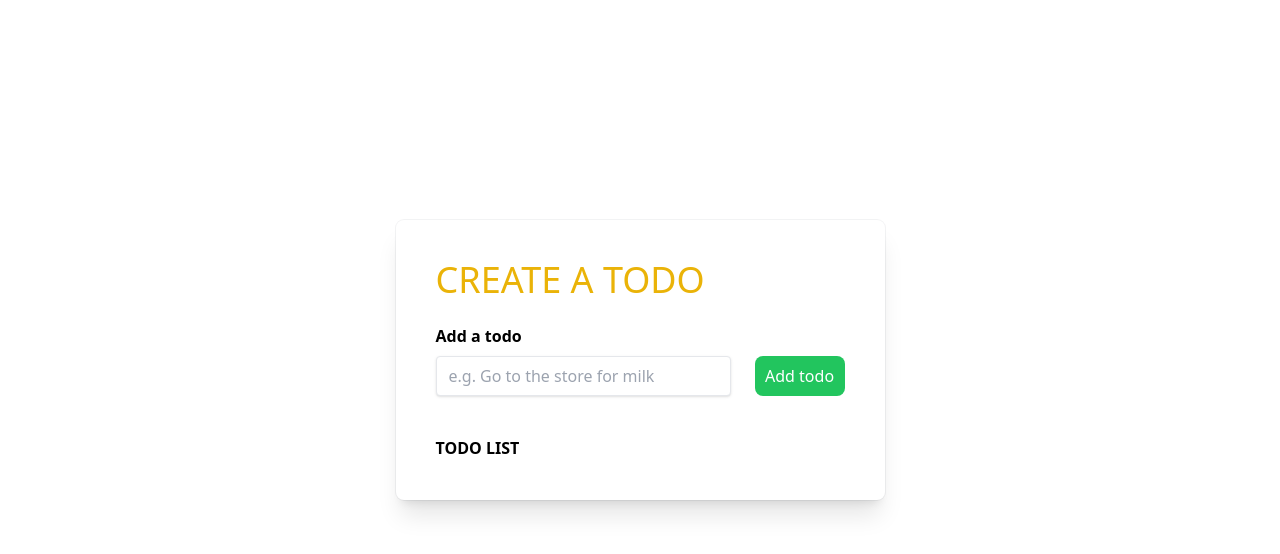
Repository: Kajo-lab/vue-todo
Page: /
The author's editor kept a copy of each file at every save. The page is drawn from the files as they stood at one save, then again after the next save.
The browser window is 1280 px wide. The pictures show the whole page.
The project was rebuilt for these pictures with package versions that can differ from the ones it lists, and the page was loaded fresh each time. Also part of the build but not shown: vite.config.js, webpack.config.js.

Above is the page before, as saved 2022-07-07 17:39:25.

### src/main.js
import { createApp } from 'vue'
import App from './App.vue'
import "./assets/tailwind.css";

createApp(App).mount('#app')

### src/App.vue
<script setup>
import { ref, onMounted, computed, watch } from 'vue'

const todos = ref([])
const name = ref('')

const input_content = ref('')

const todos_asc = computed(() => todos.value.sort((a,b) =>{
	return a.createdAt - b.createdAt
}))

watch(name, (newVal) => {
	localStorage.setItem('name', newVal)
})

watch(todos, (newVal) => {
	localStorage.setItem('todos', JSON.stringify(newVal))
}, {
	deep: true
})

const addTodo = () => {
  if (input_content.value.trim() === '') {
    return
  }

	todos.value.push({
		content: input_content.value,
		done: false,
		editable: false,
		createdAt: new Date().getTime()
	})

	input_content.value = ''
}

const removeTodo = (todo) => {
	todos.value = todos.value.filter((t) => t !== todo)
}

onMounted(() => {
	name.value = localStorage.getItem('name') || ''
	todos.value = JSON.parse(localStorage.getItem('todos')) || []
})
</script>

<template>

<main class="relative flex min-h-screen flex-col justify-center overflow-hidden test1 py-6 sm:py-12">
	<div class="relative bg-white px-6 pt-10 pb-8 shadow-xl ring-1 ring-gray-900/5 sm:mx-auto sm:max-w-lg sm:rounded-lg sm:px-10">
		<section class="mb-10">
		<h1 class="text-4xl text-yellow-500 mb-6">CREATE A TODO</h1>
				<h3 class="mb-2 font-bold">Add a todo</h3>
				<form id="new-todo-form" class="flex gap-6" @submit.prevent="addTodo">
					<input
						class="shadow appearance-none border rounded w-full py-2 px-3 text-gray-700 leading-tight focus:outline-none focus:shadow-outline"
						type="text"
						name="content"
						id="content"
						placeholder="e.g. Go to the store for milk"
						v-model="input_content" />

					<input type="submit" value="Add todo" class="h-10 w-32 text-white rounded-lg bg-green-500 hover:bg-green-600"/>
				</form>
		</section>

		<section>
				<h3 class="mb-2 font-bold">TODO LIST</h3>
				<div id="todo-list ">
					<div class="flex mb-4" v-for="todo in todos_asc" :key="`todo-item ${todo.done && 'done'}`">

					<label class="todo-item">
						<input type="checkbox" v-model="todo.done" />
					</label>

						<div class="flex gap-6 ">
							<input
							class="todo-content shadow appearance-none border-none rounded w-full py-2 px-3 text-gray-700 leading-tight focus:outline-none focus:shadow-outline"
							type="text"
							v-model="todo.content" />

							<button class="h-10 w-20 text-white rounded-lg bg-red-500 hover:bg-red-600" @click="removeTodo(todo)">Delete</button>
						</div>
					</div>
				</div>
		</section>
	</div>
</main>

</template>

<style src="./assets/tailwind.css">

.test1 {
	background-color: yellow;
}

</style>

### src/assets/tailwind.css
@tailwind base;
@tailwind components;
@tailwind utilities;

.todo-item label {
	display: block;
	margin-right: 1rem;
	cursor: pointer;
}

.todo-item.done .todo-content input {
	text-decoration: line-through;
	color: gray;
}

Loaded but not shown: tailwind.config.js (common file)

After the next save:
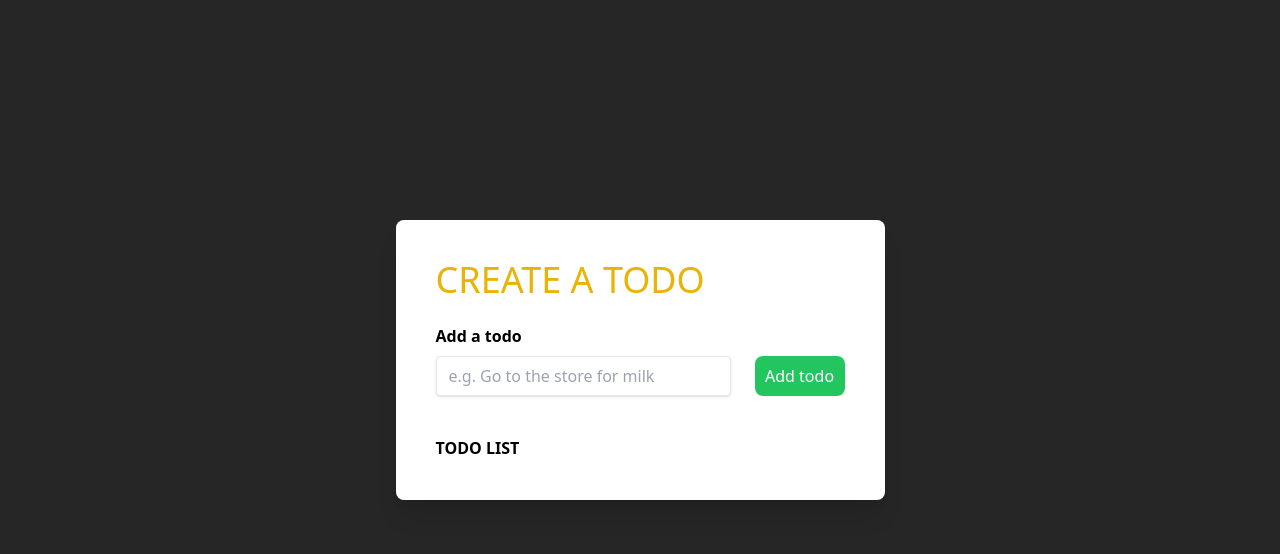
Saved 9 s later.
--- a/src/App.vue
+++ b/src/App.vue
@@ -47,7 +47,7 @@ onMounted(() => {
 
 <template>
 
-<main class="relative flex min-h-screen flex-col justify-center overflow-hidden test1 py-6 sm:py-12">
+<main class="relative flex min-h-screen flex-col justify-center overflow-hidden bg-neutral-800 py-6 sm:py-12">
 	<div class="relative bg-white px-6 pt-10 pb-8 shadow-xl ring-1 ring-gray-900/5 sm:mx-auto sm:max-w-lg sm:rounded-lg sm:px-10">
 		<section class="mb-10">
 		<h1 class="text-4xl text-yellow-500 mb-6">CREATE A TODO</h1>
@@ -92,8 +92,6 @@ onMounted(() => {
 
 <style src="./assets/tailwind.css">
 
-.test1 {
-	background-color: yellow;
-}
+
 
 </style>
